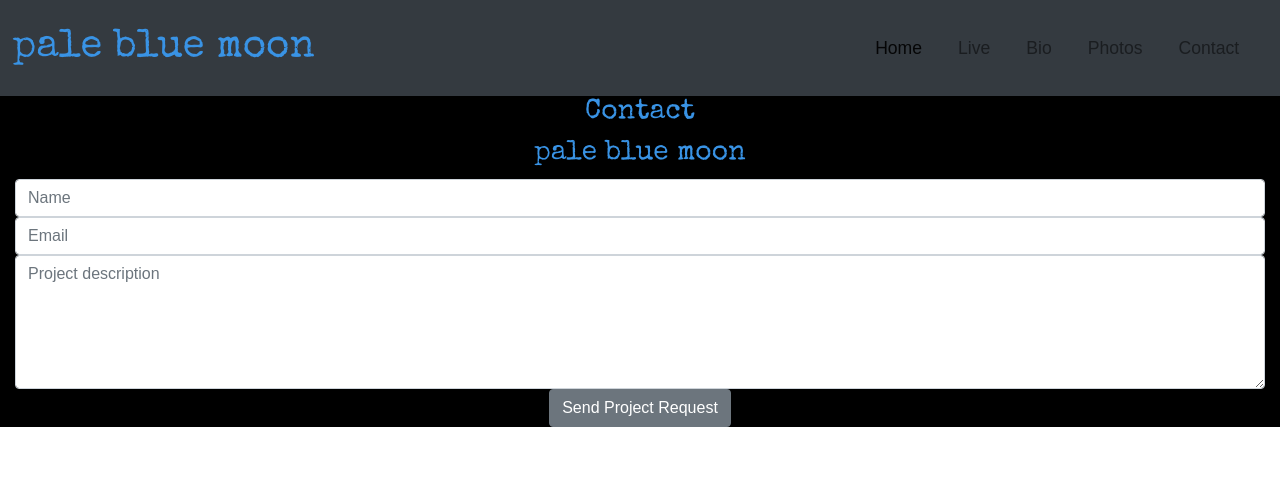
Repository: Skillabill/pale_blue_moon
Page: contact.html
The author's editor kept a record of every edit. The page is drawn from the files as they stood at one moment, then again after the next edit.
The browser window is 1280 px wide. The pictures show the whole page.
Some web fonts or font styles are not loaded; a fallback is used. Some web libraries are served in a nearby version.

Above is the page before.
Console error: ReferenceError: emailjs is not defined

After the next edit:
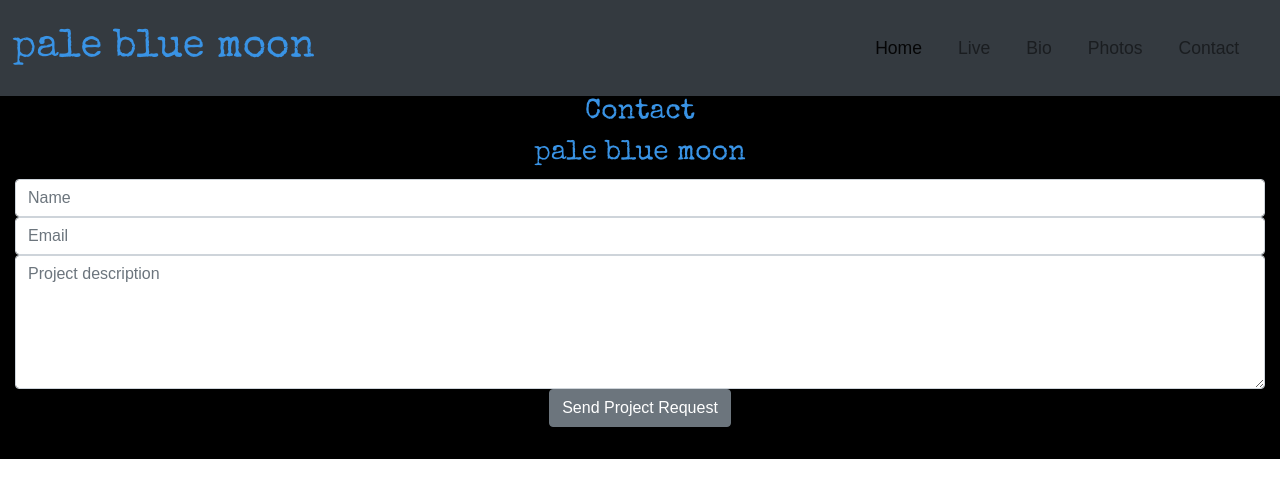
The edit:
--- a/contact.html
+++ b/contact.html
@@ -78,8 +78,8 @@
             </div>
         </div>
 
+        <footer style="background-color: #000;"></footer>
 
-        </footer>
         <script src="assets/js/sendEmail.js"></script>
 </body>
 
